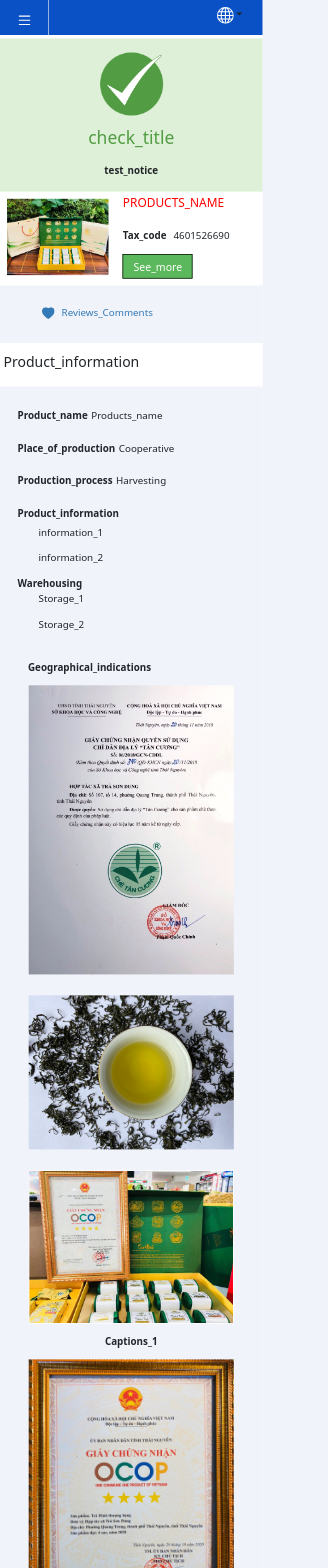
Repository: tuan842001/Tra-son-dung
Page: /
The author's editor kept a copy of each file at every save. The page is drawn from the files as they stood at one save, then again after the next save.
The browser window is 375 px wide. The page is 469 px wide, so the pictures cover 469 px, including what lies to the right of the window. The pictures show the part of the page from y = 0 to 2240 px (the page is 3774 px tall before and 3773 px after), at 70% of full size.
The project was rebuilt for these pictures with package versions that can differ from the ones it lists, and the page was loaded fresh each time.

Above is the page before, as saved 2021-10-10 14:17:39.

After the next save:
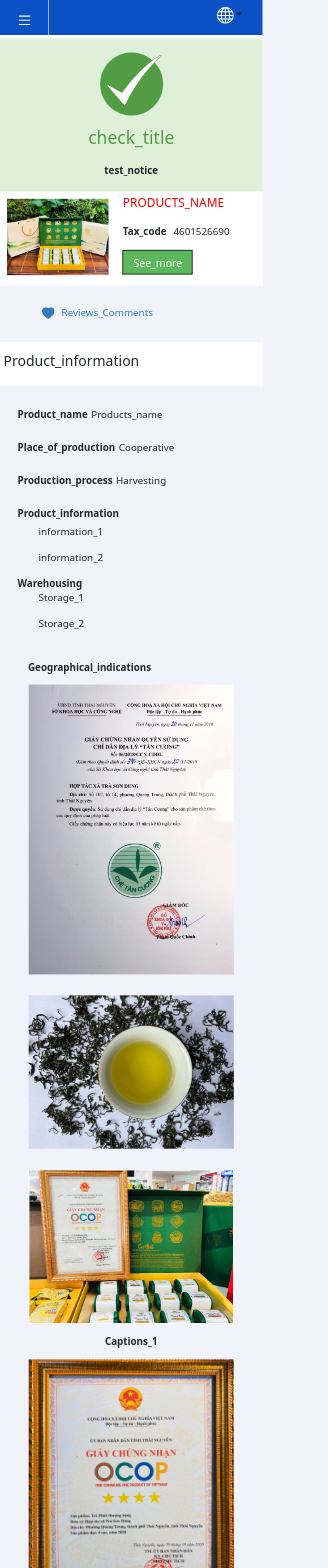
Saved 80 s later.
--- a/src/App.css
+++ b/src/App.css
@@ -383,7 +383,7 @@
   }
   .information h4{
       margin: 0px;
-      padding-bottom: 9px;
+      padding-bottom: 3px;
   }
   .information button {
       width: 100px;
